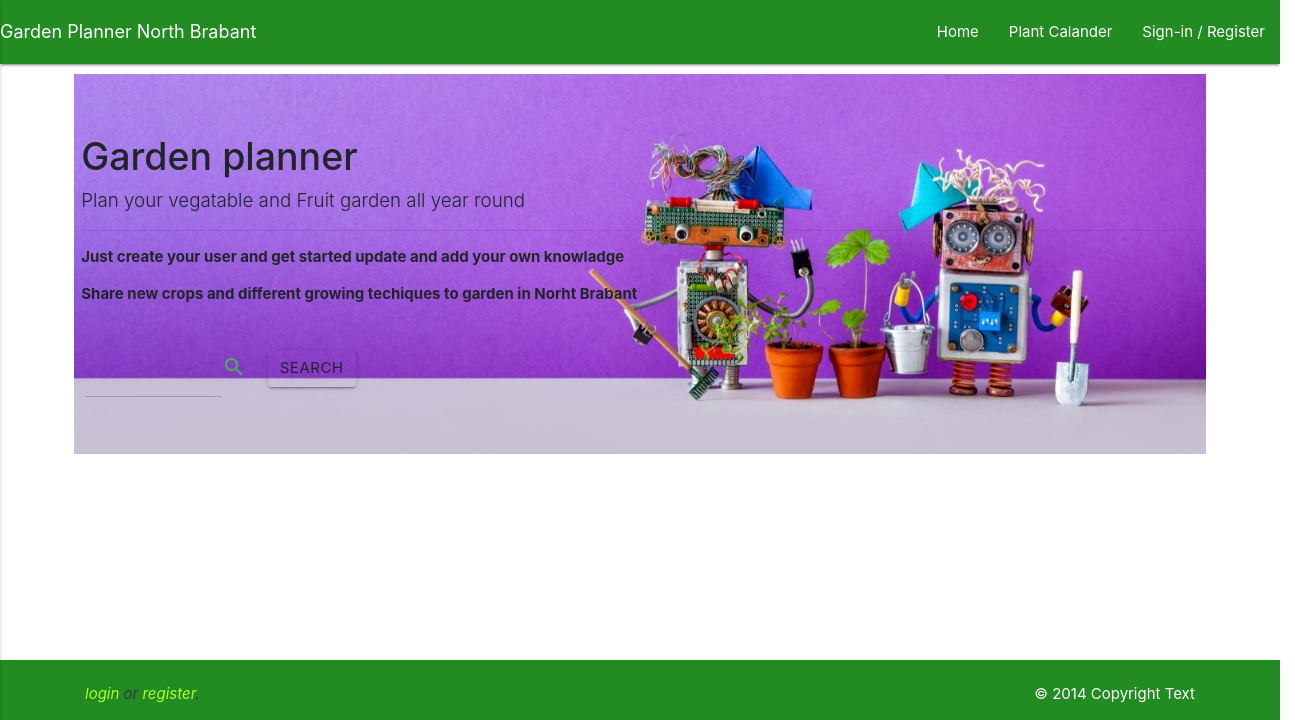
Repository: Lemoenskil/Milestone_project_3_Garden_planner
Page: http://localhost/
The author's editor kept a record of every edit. The page is drawn from the files as they stood at one moment, then again after the next edit.
The browser window is 1280 px wide. The page is 1280 px wide, then 1295 px, so the pictures cover 1295 px, including what lies to the right of the window. The pictures show the whole page.
Some web libraries are served in a nearby version. The page is served by the project's application, run on Flask 3 (app.py). Other server files are loaded and not shown. Queries for data that is not in the repository find no rows.

Above is the page before.

### templates/plant_records.html
{% extends "base.html" %}
{% block content %}
<div class="row justify-content-center image">
  <div class="jumbotron jumbotron-fluid text-left ml-2  font-weight-bold">
    <h1 class="display-6">Garden planner</h1>
    <p class="lead">Plan your vegatable and Fruit garden all year round</p>
    <hr class="my-6">
    <p>Just create your user and get started update and add your own knowladge</p>
    <p>Share new crops and different growing techiques to garden in Norht Brabant</p>
    <div class="row container-fluid inner">
      <form class="col-lg-6 nopadding" id="search-site" action="{{ url_for('search') }}" ' method='get '>
        <div class="input-group mt-5 col-8 nopadding">
          <div class="col-6 float-right nopadding">
          <button type="submit" class="input-group-addon btn">search</button>
          </div>
          <div class="col-6 float-left nopadding">
          <label><input id="search" type="search" name='query' class="col-9 nopadding"><i class="material-icons nopadding green-text col-2" >search</i></label>
          </div>

        </div>
      </form>
    </div>
  </div>
</div>

<div class="row text-center justify-content-center">
  {% for plant in plants%}
    <a href="{{url_for('view_plant', plant_id=plant._id)}}" class="card col-md-4 col-lg-3 mt-5 col-sm-12 col-xl-3" >
      <img src="{{plant.picture_link}}" class="card-img-top" alt="Responsive image" class="img-thumbnail">
      <div class="card-body">
         <h5 class="card-title">{{plant.plant_name}}</h5>
      </div>
    </a>
  {%endfor%}
</div>

<div>
  <div aria-label="" class="card-sm">
    <ul class="pagination justify-content-center">
      {% if page > 1 %}
      <li class="page-item">
        <a class="page-link" href="{{url_for('get_plant_record', page=page-1)}}" aria-label="Previous">
          <span aria-hidden="true">&laquo;</span>
          <span class="sr-only">Previous</span>
        </a>
      </li>
      {% endif %}
      {% for pagenum in pages %}
        {% if pagenum == page %}
          <li class="page-item active" aria-current="page">
        <a class="page-link" href="#">{{ pagenum }}<span class="sr-only">(current)</span></a> {% else %}
        <li class="page-item">
          <a class="page-link" href="{{url_for('get_plant_record', page=pagenum)}}">{{ pagenum }}</a></li>
        {% endif %}
      {% endfor %}
      {% if page < total %}
        <li class="page-item">
          <a class="page-link" href="{{url_for('get_plant_record', page=page+1)}}" aria-label="Next">
            <span aria-hidden="true">&raquo;</span>
            <span class="sr-only">Next</span>
          </a>
        </li>
      {% endif %}
    </ul>
  </div>
</div>

{% endblock %}

### templates/base.html
<!DOCTYPE html>
<html lang="en">
<head>
    <meta charset="UTF-8">
    <meta name="viewport" content="width=device-width, initial-scale=1.0">
    <meta http-equiv="X-UA-Compatible" content="ie=edge">
    <link href="https://fonts.googleapis.com/icon?family=Material+Icons" rel="stylesheet">
    <link rel="stylesheet" href="https://cdnjs.cloudflare.com/ajax/libs/materialize/0.100.2/css/materialize.min.css">
    <link href="https://stackpath.bootstrapcdn.com/bootstrap/4.4.1/css/bootstrap.min.css" rel="stylesheet" integrity="sha384-Vkoo8x4CGsO3+Hhxv8T/Q5PaXtkKtu6ug5TOeNV6gBiFeWPGFN9MuhOf23Q9Ifjh" crossorigin="anonymous">
    <link rel="stylesheet" href="{{url_for('static', filename='css/style.css')}}" type="text/css" />
    <title>Garden Planner</title>
</head>
<body>
    <header>

        <!-- Dropdown Structure -->
        <ul id="dropdown1" class="dropdown-content">
            <li><a href="#" ><i class="tiny material-icons left">account_circle</i> {{session['username']}}</a></li>
            <li><a href="{{url_for('logout')}}">Log off</a></li>
        </ul>


        <nav>
            <div class="nav-wrapper">
                <a href="{{url_for('get_plant_record')}}" class="brand-logo hide-on-small-only">Garden Planner North Brabant</a>
                <a href="{{url_for('get_plant_record')}}" data-activates="mobile" class="button-collapse"><i class="material-icons">menu</i></a>
                <ul class="right hide-on-med-and-down">
                    <li><a href="{{url_for('get_plant_record')}}">Home</a></li>
                    <li><a href="{{url_for('list_plant')}}">Plant Calander</a></li>
                {% if 'username' not in session %}
                    <li><a href="{{url_for('login')}}">Sign-in / Register</a></li>
                {% else %}
                    <li><a href="{{url_for('add_plant')}}">New Plant</a></li>
                    <li><a href='#' data-activates='dropdown1' class="dropdown-button">
                        <i class="small material-icons left">account_circle</i> {{session['username']}}</a>
                    </li>
                {% endif %}
                </ul>
                <ul class="side-nav" id="mobile">
                    <li><a href="{{url_for('get_plant_record')}}">Home</a></li>
                    <li><a href="{{url_for('add_plant')}}">New Plant</a></li>
                    <li><a href="{{url_for('list_plant')}}">Plant Calander</a></li>
                    <li><a href="{{ url_for('register_new_user') }}">Register</a></li>
                    <li><a href="{{url_for('logout')}}">Log off</a></li>
                    <li><a href="{{ url_for('login') }}">Sign In</a></li>
                </ul>
            </div>
        </nav>



    </header>

    <main class="container">
        {% block content %}{% endblock %}

    </main>

    <footer class="page-footer">
        <div class="container" class="footer-copyright">
            <br>
            <p class="text-dark font-italic bg-transparent float-left">
                <a href="{{ url_for('login') }}">login</a>
                 or
                <a href="{{ url_for('register_new_user') }}">register</a>.
            </p>
            <p class=float-right> © 2014 Copyright Text </p>
        </div>
    </footer>

    <script src="https://code.jquery.com/jquery-3.4.1.slim.min.js" integrity="sha384-J6qa4849blE2+poT4WnyKhv5vZF5SrPo0iEjwBvKU7imGFAV0wwj1yYfoRSJoZ+n" crossorigin="anonymous"></script>
    <script src="https://cdnjs.cloudflare.com/ajax/libs/jquery/3.2.1/jquery.min.js"></script>
    <script src="https://maxcdn.bootstrapcdn.com/bootstrap/4.1.1/js/bootstrap.min.js"></script>
    <script src="https://cdnjs.cloudflare.com/ajax/libs/materialize/0.100.2/js/materialize.min.js"></script>
    <script type="text/javascript">
        $(document).ready(function() {
            $(".button-collapse").sideNav();
            $(".dropdown-button").dropdown();
        });
        $('#myModal').on('shown.bs.modal', function () {
             $('#myInput').trigger('focus')
        });

    </script>
</body>

</html>

### app.py
import os
from flask import Flask, render_template, redirect, abort, request, url_for, session, flash
from flask_pymongo import PyMongo
from form import LoginForm, RegisterForm
from bson.objectid import ObjectId
import math
import re
import bcrypt



app = Flask ("----name----")
app.config["MONGO_DBNAME"] = 'garden_planner'
app.config["MONGO_URI"] = 'mongodb+srv://CP3O:iYmkh8QOgi2fhu2y@lemoenskil-4vjdx.mongodb.net/garden_planner?retryWrites=true&w=majority'

# Set the secret key to some random bytes. Keep this really secret!
app.secret_key = os.environ.get('SECRET_KEY') or 'y6rdh777y685hf67gk9786j65g9h*&^^*(^'

plants_per_page = 6

mongo = PyMongo(app)

@app.route('/')
@app.route('/plant_records')
def get_plant_record():
    page_number = int(request.args.get('page', 1))
    plants_to_skip = (page_number - 1) * plants_per_page
    plant_count = mongo.db.plant_data.count({})
    page_count = int(math.ceil(plant_count / plants_per_page))
    page_numbers = range(1, page_count + 1)
    plants_on_page = mongo.db.plant_data.find().skip(plants_to_skip).limit(plants_per_page)
    return render_template("plant_records.html", title="Home", plants=plants_on_page, page=page_number, pages=page_numbers, total=page_count)

@app.route('/register', methods=['GET', 'POST'])
def register_new_user():
    """Registers a new user"""
    form = RegisterForm(request.form)
    if form.validate_on_submit():
        all_existing_users = mongo.db.user_data
        found_user = all_existing_users.find_one({
            'name': request.form['username']
        })

        if found_user:
            flash(f"Username `{request.form['username']}` is already taken. Please try a different username.")
        else:
            # Convert password to hash to prevent password leakage should we get hacked
            hashed_password = bcrypt.hashpw(
                request.form['password'].encode('utf-8'),
                bcrypt.gensalt()
            )
            all_existing_users.insert_one({
                'name': request.form['username'],
                'password': hashed_password,
                'email': request.form['email']
            })
            # User successfully registered, so treat the user as logged in.
            session['username'] = request.form['username']
            return redirect(url_for('get_plant_record'))
    return render_template('register.html', title='Register', form=form)


@app.route('/login', methods=['GET', 'POST'])
def login():
    """Logs the user in"""
    if session.get('logged_in') is True:
        return redirect(url_for('get_plant_record', title="Sign In"))

    form = LoginForm()

    if form.validate_on_submit():
        all_existing_users = mongo.db.user_data
        found_user = all_existing_users.find_one({
            'name': request.form['username']
        })

        if found_user:
            password_matches = bcrypt.checkpw(
                request.form['password'].encode('utf-8'),
                found_user['password']
            )
            if password_matches:
                # Successful log-in: Store and redirect
                session['username'] = request.form['username']
                session['logged_in'] = True
                return redirect(url_for('get_plant_record', title="Sign In", form=form))
            flash('Invalid username / password combination')
    return render_template("login.html", title="Sign In", form=form)

@app.route('/logout')
def logout():
    """Logs the user out"""
    session.clear()
    return redirect(url_for('get_plant_record'))


@app.route('/list_plant')
def list_plant():
    return render_template("list_plant.html", plants=mongo.db.plant_data.find())

@app.route('/view_plant/<plant_id>')
def view_plant(plant_id):
    """Shows full plant details"""
    mongo.db.plant_data.find_one(
        {'_id': ObjectId(plant_id)},
    )
    plant_db = mongo.db.plant_data.find_one_or_404({'_id': ObjectId(plant_id)})
    return render_template("view_plant.html", plant=plant_db)

@app.route('/add_plant')
def add_plant():
    if 'username' not in session:
        return redirect(url_for('login'))
    return render_template("add_plant.html")

@app.route('/insert_plant', methods=['POST'])
def insert_plant():
    if 'username' not in session:
        abort(401)
    plants = mongo.db.plant_data
    plants.insert_one(convert_form_to_plant_data(request.form))
    return redirect(url_for('get_plant_record'))

@app.route('/update_plant/<plant_id>')
def update_plant(plant_id):
    if 'username' not in session:
        return redirect(url_for('login'))
    plants =  mongo.db.plant_data.find_one({"_id": ObjectId(plant_id)})
    return render_template('update_plant.html', plant=plants)

def convert_form_to_plant_data(form):
    value_sowing_under_glass = [ month for month in range(1, 13) if f"sowing-under-glass-{month}" in form ]
    value_outside_seeding = [ month for month in range(1, 13) if f"outside-seeding-{month}" in form ]
    value_harvest = [ month for month in range(1, 13) if f"harvest-{month}" in form ]
    return {
        'plant_name':form.get('plant_name'),
        'picture_link':form.get('picture_link'),
        'crop_group': form.get('crop_group'),
        'crop_family': form.get('crop_family'),
        'soil':form.get('soil'),
        'frost_tolerant':form.get('frost_tolerant'),
        'position':form.get('position'),
        'feeding':form.get('feeding'),
        'companions':form.get('companions'),
        'spacing':form.get('spacing'),
        'Sow_and_Plant':form.get('Sow_and_Plant'),
        'Harvesting':form.get('Harvesting'),
        'Pests':form.get('Pests'),
        'Note':form.get('Note'),
        'value_sowing_under_glass':value_sowing_under_glass,
        'value_outside_seeding':value_outside_seeding,
        'value_harvest':value_harvest,
    }

@app.route('/edit_plant/<plant_id>', methods=["POST"])
def edit_plant(plant_id):
    print("whapsie")
    if 'username' not in session:
        abort(401)
    plants = mongo.db.plant_data
    plants.update( {'_id': ObjectId(plant_id)}, convert_form_to_plant_data(request.form))
    return redirect(url_for('get_plant_record'))

@app.route('/delete_plant/<plant_id>')
def delete_plant(plant_id):
    print("oopsie")
    if 'username' not in session:
        abort(401)
    mongo.db.plant_data.remove({'_id': ObjectId(plant_id)})
    return redirect(url_for('get_plant_record'))

@app.route('/search')
def search():
    """Provides logic for search bar"""
    query_A = request.args['query'].strip()
    regx = re.compile(f".*{query_A}.*", re.IGNORECASE)
    query = {'$regex': regx }
    results = mongo.db.plant_data.find({
        '$or': [
            {'plant_name': query},
            {'Note': query},
            {'crop_group': query},
        ]
    })
    return render_template('search_results.html', query=query_A, results=results)

if __name__ == '__main__':
    app.run(host=os.environ.get('IP'),
            port=int(os.environ.get('PORT')),
            debug=True)

### static/css/style.css
.mt-5, .my-5 {
    margin: 2rem!important;
}

nav .brand-logo{
    font-size: 1.2rem!important;
}

.jumbotron {
    background-color: transparent;
    width: 100%;
}

.image{
    margin-top: 10px;
    background-image:url("/static/images/gardeners.gif");
    background-size: cover;
}

.inner{
    margin-top:70px ;
    }

@media(min-width: 450px){
    .inner{
   position:absolute;
   bottom: 0;
    }
   .jumbotron{
    position:relative;
    height: 350px;
   }
}


.card{
  width: 100%;
}

body {
  display: flex;
  min-height: 100vh;
  flex-direction: column;
}

main {
  flex: 1 0 auto;
}


.page-footer{
    left: 0;
    bottom: 0;
    width: 100%;
    background-color: forestgreen;
    color: white;
    text-align: center;
    padding: 0px;
}

.page-item.active .page-link{
    background-color: forestgreen;
}

.btn:hover {
    background-color:forestgreen!important;
}

a{
    color: greenyellow;
}
a:hover{
    color: darkorange;
}

.card-sm{
  margin-bottom: 50px;
}

.form-control-borderless {
    border: none;
}

.form-control-borderless:hover, .form-control-borderless:active, .form-control-borderless:focus {
    border: none;
    outline: none;
    box-shadow: none;
}

.search_box{
    width: 100%;
    margin: 6%;
}
.align-items-center{
    margin: 0px!important;
}

.under-glass{
    background-color: yellow;
}
.outside-seeding {
    background-color: orange;
}

.harvest{
    background-color: green;
}
.header-edit-form{
    text-align: center;
}

.list_headings{
    color: #d8e332!important;
}


.input-group{
  display:table;
  width:100%;
}
.input-group .input-field,
.input-group .input-group-addon{
  display:table-cell;
}

.page-item.active .page-link{
    z-index: 0!important;
}

.card-img-top{
    width: 100%;
    min-height: 300px;
    object-fit: cover;
}
.modal{
    background-color: transparent;
    max-height: 100%;
}

.modal .modal-footer{
    background-color: transparent;
}

.container {
    overflow: auto;
}

.nopadding {
   padding: 0 !important;
   margin: 0 !important;
}

.nav-wrapper{
    background-color: forestgreen;
}

After the next edit:
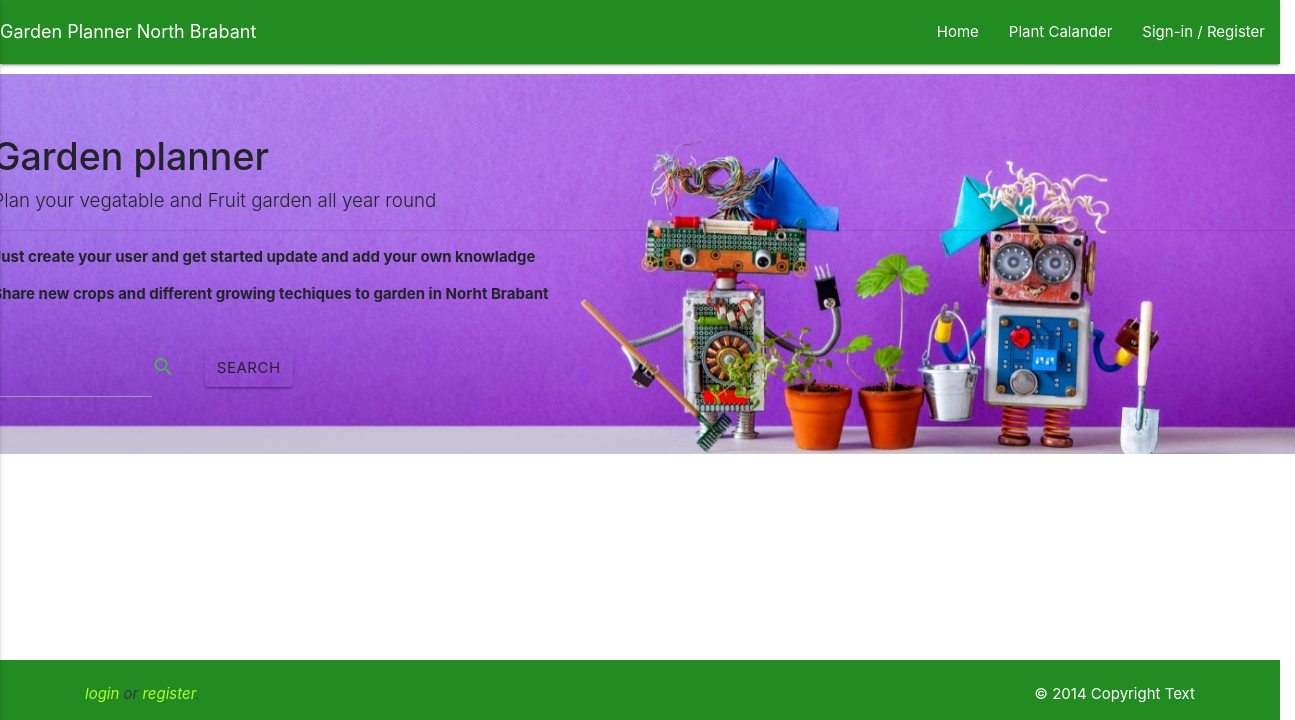
The edit:
--- a/templates/base.html
+++ b/templates/base.html
@@ -51,7 +51,7 @@
 
     </header>
 
-    <main class="container">
+    <main>
         {% block content %}{% endblock %}
 
     </main>
